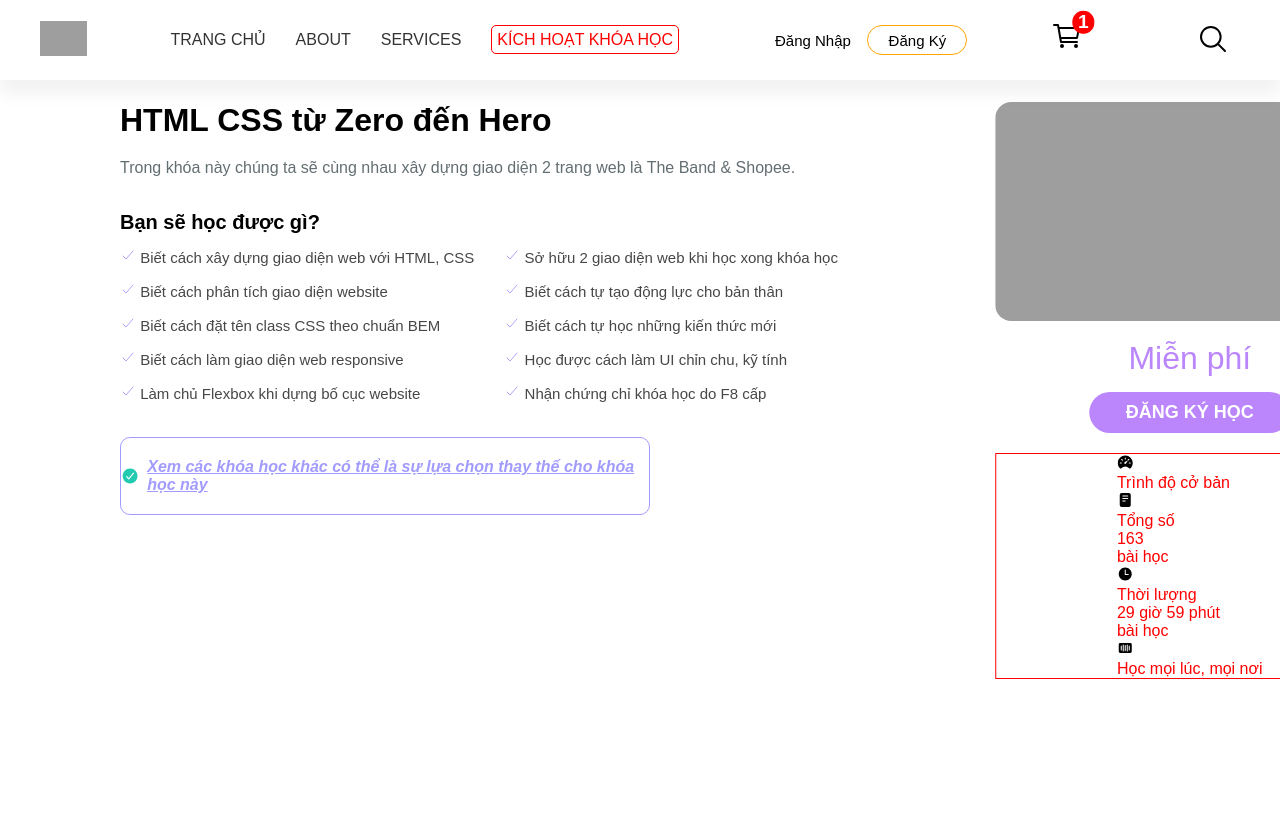
Repository: hoanghuuphuc/hoanghuuphuc
Page: details.html
An editor plug-in stored every save of this project. The page is shown before and after the next save, followed by the edit.
The browser window is 1280 px wide. The pictures show the whole page.
Pictures or frames that could not be fetched are drawn as grey boxes.

Above is the page before, as saved 2022-12-11 22:31:44.
Console error: TypeError: Cannot read properties of null (reading 'addEventListener')

After the next save:
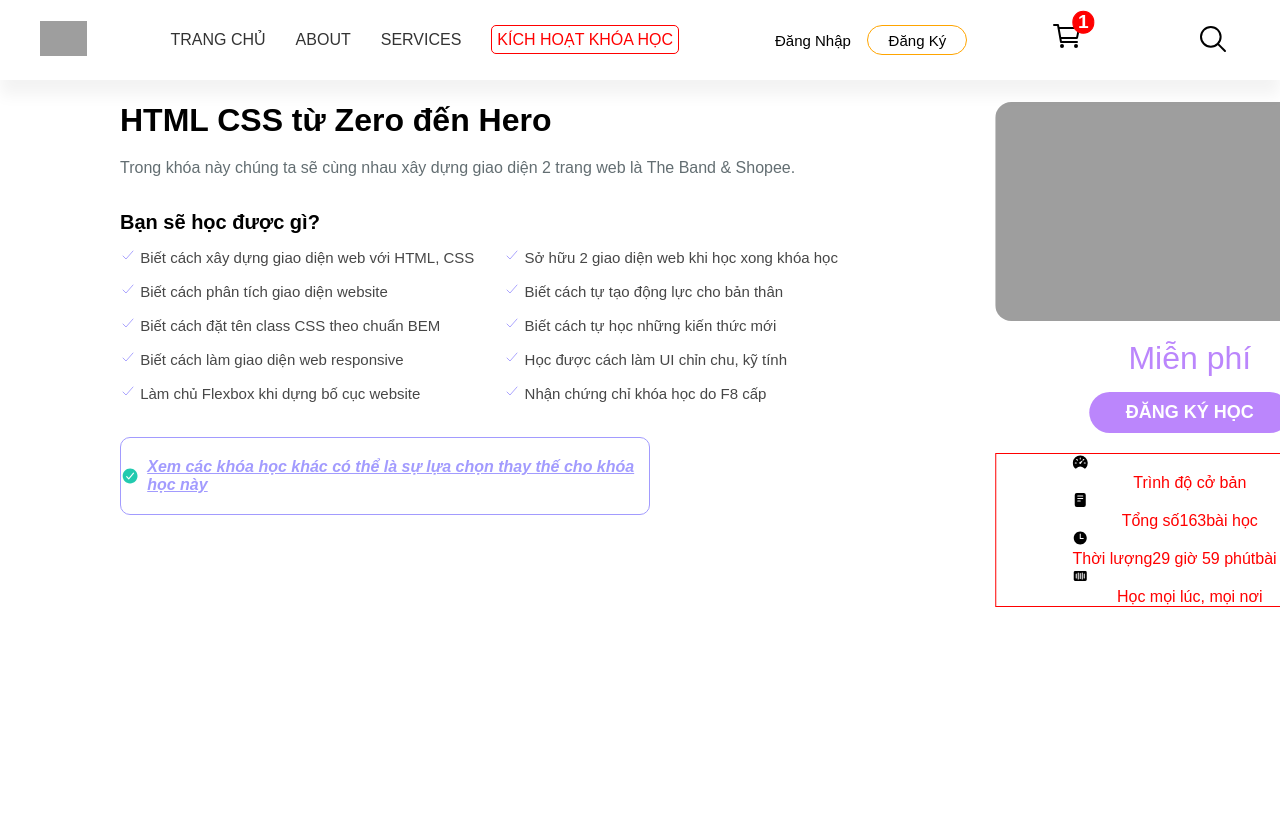
Saved 7 s later.
--- a/style.css
+++ b/style.css
@@ -790,5 +790,7 @@ footer {
 .details-right-content2 ul li span {
   color: red;
   display: flex;
-  flex-direction: column;
-}
+  flex-direction: row;
+  align-items: center;
+  justify-content: center;
+}
